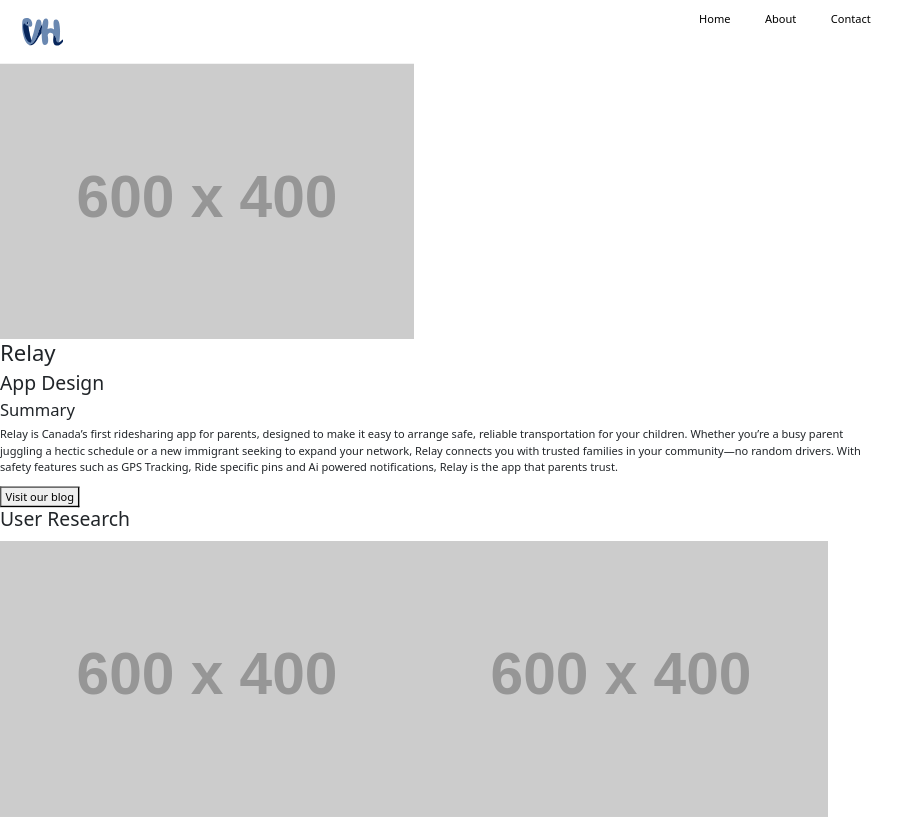
Repository: Vanessahyc/vanessa-portfolio
Page: /relay
The author's editor kept a copy of each file at every save. The page is drawn from the files as they stood at one save, then again after the next save.
The browser window is 1280 px wide. The page is 1312 px wide, so the pictures cover 1312 px, including what lies to the right of the window. The pictures show the whole page, at 69% of full size.
The project was rebuilt for these pictures with package versions that can differ from the ones it lists, and the page was loaded fresh each time. The framework's server and built-in components were replaced by stand-ins that run in the browser. Also part of the build but not shown: next.config.mjs, src/app/relay/Relay.module.css.

Above is the page before, as saved 2025-02-09 13:13:21.

### src/app/layout.js
import { Geist, Geist_Mono } from "next/font/google";
import "./globals.css";
import 'bootstrap/dist/css/bootstrap.min.css'

const geistSans = Geist({
  variable: "--font-geist-sans",
  subsets: ["latin"],
});

const geistMono = Geist_Mono({
  variable: "--font-geist-mono",
  subsets: ["latin"],
});

export const metadata = {
  title: "Create Next App",
  description: "Generated by create next app",
};

export default function RootLayout({ children }) {
  return (
    <html lang="en">
      <body
        className={`${geistSans.variable} ${geistMono.variable} antialiased`}
      >
        {children}
      </body>
    </html>
  );
}

### src/app/relay/page.js
"use client";
import Header from "../../../components/Header";
import styles from "@/app/relay/Relay.module.css";
import Image from "next/image";
import { Swiper, SwiperSlide } from "swiper/react";
import { Navigation, Pagination, Autoplay } from "swiper/modules";
import "swiper/css";
import "swiper/css/navigation";
import "swiper/css/pagination";

export default function Relay() {
  return (
    <>
      <Header />
      <main className={styles.mainContainer}>
        <section className={`${styles.projectSection}`}>
          <img src="https://placehold.co/600x400" alt="placeholder image" />
          <div className={styles.projectInfo}>
            <h2>Relay</h2>
            <h3>App Design</h3>
            <h4>Summary</h4>
            <p>
            Relay is Canada’s first ridesharing app for parents, designed to make it
                easy to arrange safe, reliable transportation for your children. Whether you’re a busy parent juggling
                a hectic schedule or a new immigrant seeking to expand your network, Relay connects you with trusted
                families in your community—no random drivers. With safety features such as GPS Tracking, Ride specific
                pins and Ai powered notifications, Relay is the app that parents trust.
            </p>
            <button>Visit our blog</button>
          </div>
        </section>
        <section className={styles.packageContainer}>
          <div className={styles.packageDesign}>
            <h3>User Research</h3>
            <p></p>
            <img src="https://placehold.co/600x400" alt="placeholder image" />
            <img src="https://placehold.co/600x400" alt="placeholder image" />
            {/* <Image
              src={selectedColor}
              alt="Guava Can Design"
              className={`${styles.mockup}`}
              width={500}
              height={400}
            />
            <Image
              src={selectedDieline}
              alt="Guava Can Design"
              className={`${styles.mockup}`}
              width={500}
              height={400}
            /> */}
          </div>
        </section>
      </main>
    </>
  );
}

### src/app/globals.css
:root {
  --background: #ffffff;
  --foreground: #171717;
  --font48px: 48px;
  --font32px: 32px;
  --font28px: 28px;
  --font20px: 20px;
  --font18px: 18px;
  --font16px: 16px;
  --font-bold: 700;
  --font-medium: 500;
  --font-regular: 400;

}

body {
  font-family: Montserrat, sans-serif;
}

### components/Header/index.js
import Image from "next/image";
import Link from 'next/link';
import styles from './Header.module.css'

export default function Header() {
  return (
    <nav className={`${styles.navbar}`}>
      <Image src='/images/Logo.svg' alt="Vanessa Huang Logo" width={60} height={60}/>
      <ul>
        <li><Link href="/">Home</Link></li>
        <li><Link href="/about">About</Link></li>
        <li><Link href="/contact">Contact</Link></li>
      </ul>
    </nav>
  );
}

### components/Header/Header.module.css
.navbar {
    display: flex;
    justify-content: space-between;
    width: 100%;
    margin: 1em 2em;
}

.navbar ul {
    width: 30%;
    list-style: none;
    display: flex;
    justify-content: flex-end;
}

.navbar li {
    padding-right: 50px;
}

.navbar a {
    text-decoration: none;
    color: black;
    font-weight: var(--font-medium);
}

After the next save:
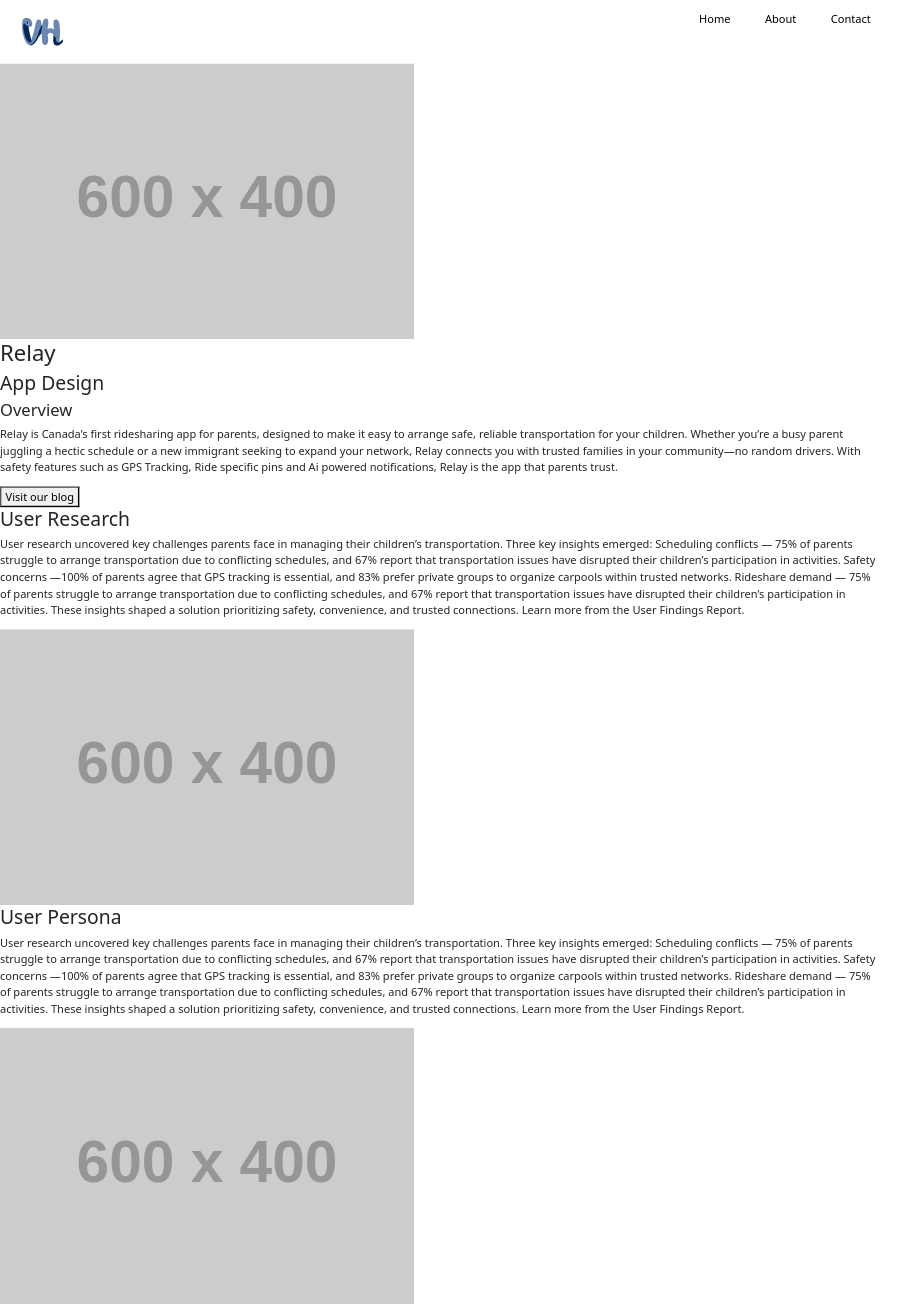
Saved 3 min 31 s later.
--- a/src/app/relay/page.js
+++ b/src/app/relay/page.js
@@ -18,37 +18,57 @@ export default function Relay() {
           <div className={styles.projectInfo}>
             <h2>Relay</h2>
             <h3>App Design</h3>
-            <h4>Summary</h4>
+            <h4>Overview</h4>
             <p>
-            Relay is Canada’s first ridesharing app for parents, designed to make it
-                easy to arrange safe, reliable transportation for your children. Whether you’re a busy parent juggling
-                a hectic schedule or a new immigrant seeking to expand your network, Relay connects you with trusted
-                families in your community—no random drivers. With safety features such as GPS Tracking, Ride specific
-                pins and Ai powered notifications, Relay is the app that parents trust.
+              Relay is Canada’s first ridesharing app for parents, designed to
+              make it easy to arrange safe, reliable transportation for your
+              children. Whether you’re a busy parent juggling a hectic schedule
+              or a new immigrant seeking to expand your network, Relay connects
+              you with trusted families in your community—no random drivers.
+              With safety features such as GPS Tracking, Ride specific pins and
+              Ai powered notifications, Relay is the app that parents trust.
             </p>
             <button>Visit our blog</button>
           </div>
         </section>
-        <section className={styles.packageContainer}>
-          <div className={styles.packageDesign}>
+        <section className={styles.subSection}>
+          <div className={styles.subContainer}>
             <h3>User Research</h3>
-            <p></p>
+            <p>
+              User research uncovered key challenges parents face in managing
+              their children’s transportation. Three key insights emerged:
+              Scheduling conflicts — 75% of parents struggle to arrange
+              transportation due to conflicting schedules, and 67% report that
+              transportation issues have disrupted their children’s
+              participation in activities. Safety concerns —100% of parents
+              agree that GPS tracking is essential, and 83% prefer private
+              groups to organize carpools within trusted networks. Rideshare
+              demand — 75% of parents struggle to arrange transportation due to
+              conflicting schedules, and 67% report that transportation issues
+              have disrupted their children’s participation in activities. These
+              insights shaped a solution prioritizing safety, convenience, and
+              trusted connections. Learn more from the User Findings Report.
+            </p>
             <img src="https://placehold.co/600x400" alt="placeholder image" />
+          </div>
+          <div className={styles.subContainer}>
+            <h3>User Persona</h3>
+            <p>
+              User research uncovered key challenges parents face in managing
+              their children’s transportation. Three key insights emerged:
+              Scheduling conflicts — 75% of parents struggle to arrange
+              transportation due to conflicting schedules, and 67% report that
+              transportation issues have disrupted their children’s
+              participation in activities. Safety concerns —100% of parents
+              agree that GPS tracking is essential, and 83% prefer private
+              groups to organize carpools within trusted networks. Rideshare
+              demand — 75% of parents struggle to arrange transportation due to
+              conflicting schedules, and 67% report that transportation issues
+              have disrupted their children’s participation in activities. These
+              insights shaped a solution prioritizing safety, convenience, and
+              trusted connections. Learn more from the User Findings Report.
+            </p>
             <img src="https://placehold.co/600x400" alt="placeholder image" />
-            {/* <Image
-              src={selectedColor}
-              alt="Guava Can Design"
-              className={`${styles.mockup}`}
-              width={500}
-              height={400}
-            />
-            <Image
-              src={selectedDieline}
-              alt="Guava Can Design"
-              className={`${styles.mockup}`}
-              width={500}
-              height={400}
-            /> */}
           </div>
         </section>
       </main>
